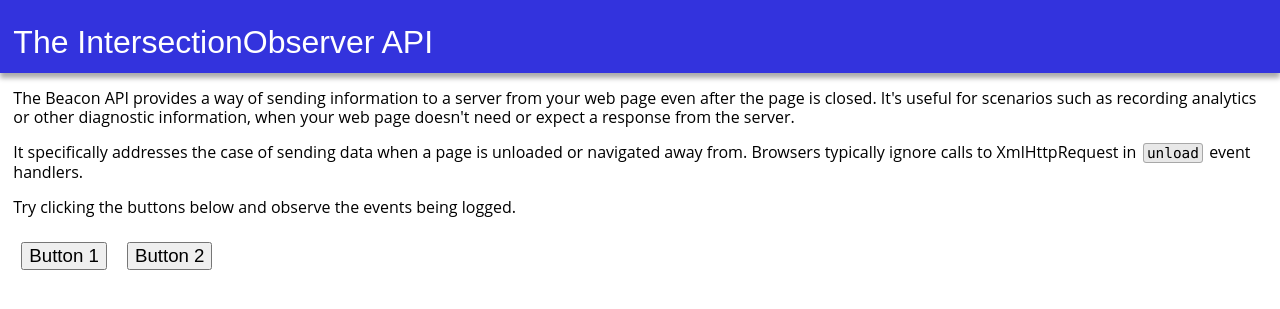
Repository: craig-o-curtis/browser-apis
Page: pages/beacon.html
An editor plug-in stored every save of this project. The page is shown before and after the next save, followed by the edit.
The browser window is 1280 px wide. The pictures show the whole page.

Above is the page before, as saved 2020-05-14 11:48:04.

### pages/beacon.html
<!doctype html>
<html>
    <head>
        <title>Using the Beacon API</title>
        <style type="text/css">
        </style>
        <link rel="stylesheet" href="../../style.css" />
    </head>
    <body>
        <h1>The IntersectionObserver API</h1>
        <div id="content">
            <p>The Beacon API provides a way of sending information to a server from your web page even
                after the page is closed. It's useful for scenarios such as recording analytics or other diagnostic
                information, when your web page doesn't need or expect a response from the server.
            </p>
            <p>It specifically addresses the case of sending data when a page is unloaded or navigated away from.
                Browsers typically ignore calls to XmlHttpRequest in <code>unload</code> event handlers.
            </p>
            <div>
                <p>Try clicking the buttons below and observe the events being logged.</p>
                <button id="btn1">Button 1</button>
                <button id="btn2">Button 2</button>
            </div>
        </div>
        <script>
            // NOTE: You'll need to create your own PutsReq endpoint before running this example
            const beaconURL = "https://putsreq.com/Nnb3fKfklR9vYMDIcbQI";

            function sendEvent(strEvent) {
                // ** feature detection
                if (navigator.sendBeacon) {
                    // TODO: sendBeacon returns true if the browser can schedule
                    // the request, false otherwise. It can take an ArrayBuffer,
                    // string, Blob, or FormData for the data parameter
                    navigator.sendBeacon(beaconURL, strEvent)
                }
            }

            window.addEventListener('load', function (e) {
                sendEvent("loadEvent")

                document.getElementById("btn1").addEventListener("click", function () {
                    sendEvent("Button 1 click")
                });
                document.getElementById("btn2").addEventListener("click", function () {
                    sendEvent("Button 2 click")
                });
            })
            window.addEventListener('unload', function () {
                sendEvent("unloadEvent")
            })
        </script>
    </body>
</html>

### pages/style.css
/*
** Styles used in the jQuery Essential Training course materials
*/
body {
    font-family: "Open Sans", sans-serif;
    font-size: 12pt;
    margin: 0;
    line-height: 1.2em;
}

body > h1 {
    background-color: #33d;
    color: white;
    font-family: Arial, Helvetica, sans-serif;
    font-weight: 100;
    margin:0;
    padding-left: 10pt;
    padding-right: 10pt;
    padding-top:25pt;
    padding-bottom: 15pt;
    box-shadow: 0px 5px 5px 0px rgba(171,171,171,1);
}

#content {
    margin: 10pt;
}

#example {
    border: 1px solid gray;
    background-color: #b3c8d0;
    font-size:14pt;
    padding-left: 10pt;
    padding-right: 10pt;
    min-height: 200px;
}

.box {
    border: 1px solid gray;
    background-color: #b3c8d0;
    font-size:14pt;
    padding-left: 10pt;
    padding-right: 10pt;
    min-height: 200px;
    width: 300px;
}

.box p {
    margin: 0 1pt 0 2pt
}

.smallbox {
    border: 1px solid gray;
    background-color: #b3c8d0;
    font-size:14pt;
    padding-left: 10pt;
    padding-right: 10pt;
    margin-bottom: 10pt;
    margin-right: 0;
    margin-left: 0;
    min-height: 150px;
    width: 200px;
}

.inline {
    display: inline-block;
}

code {
    background-color: #e8e8e8;
    border: 1px solid #a8a8a8;
    border-radius: 3px;
    padding: 1pt 2pt;
    margin: 2pt;
    font-family: "source-code-pro", Consolas, monospace;
    font-size: .9em;
}

li {
    line-height: 1.3em;
}

button {
    font-size: 14pt;
    margin: 8px;
}

#eventDetails {
    border: 1px solid #aaa;
    margin-top: 8pt;
    padding: 2pt;
}

.lineitem {
    width: 120px;
    display: inline-block
}


canvas {
    border: 2px solid gray;
    margin-left: 5pt;
    margin-right: 5pt;
}

After the next save:
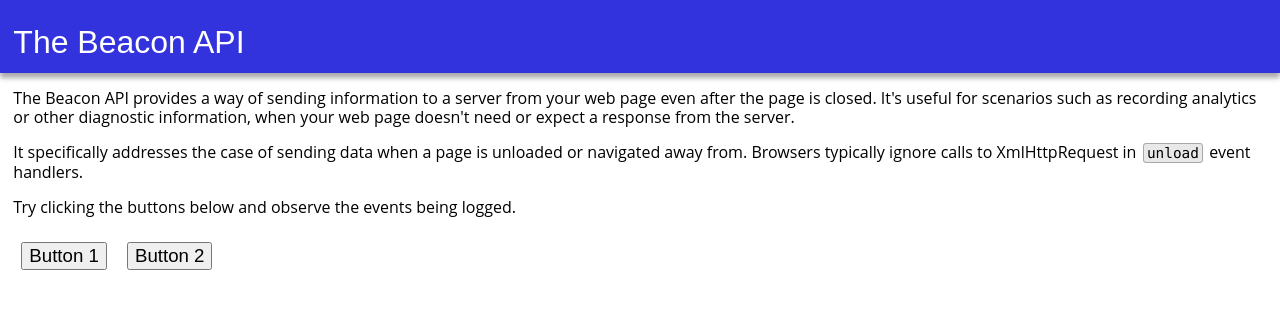
Saved 96 s later.
--- a/pages/beacon.html
+++ b/pages/beacon.html
@@ -7,7 +7,7 @@
         <link rel="stylesheet" href="../../style.css" />
     </head>
     <body>
-        <h1>The IntersectionObserver API</h1>
+        <h1>The Beacon API</h1>
         <div id="content">
             <p>The Beacon API provides a way of sending information to a server from your web page even
                 after the page is closed. It's useful for scenarios such as recording analytics or other diagnostic
